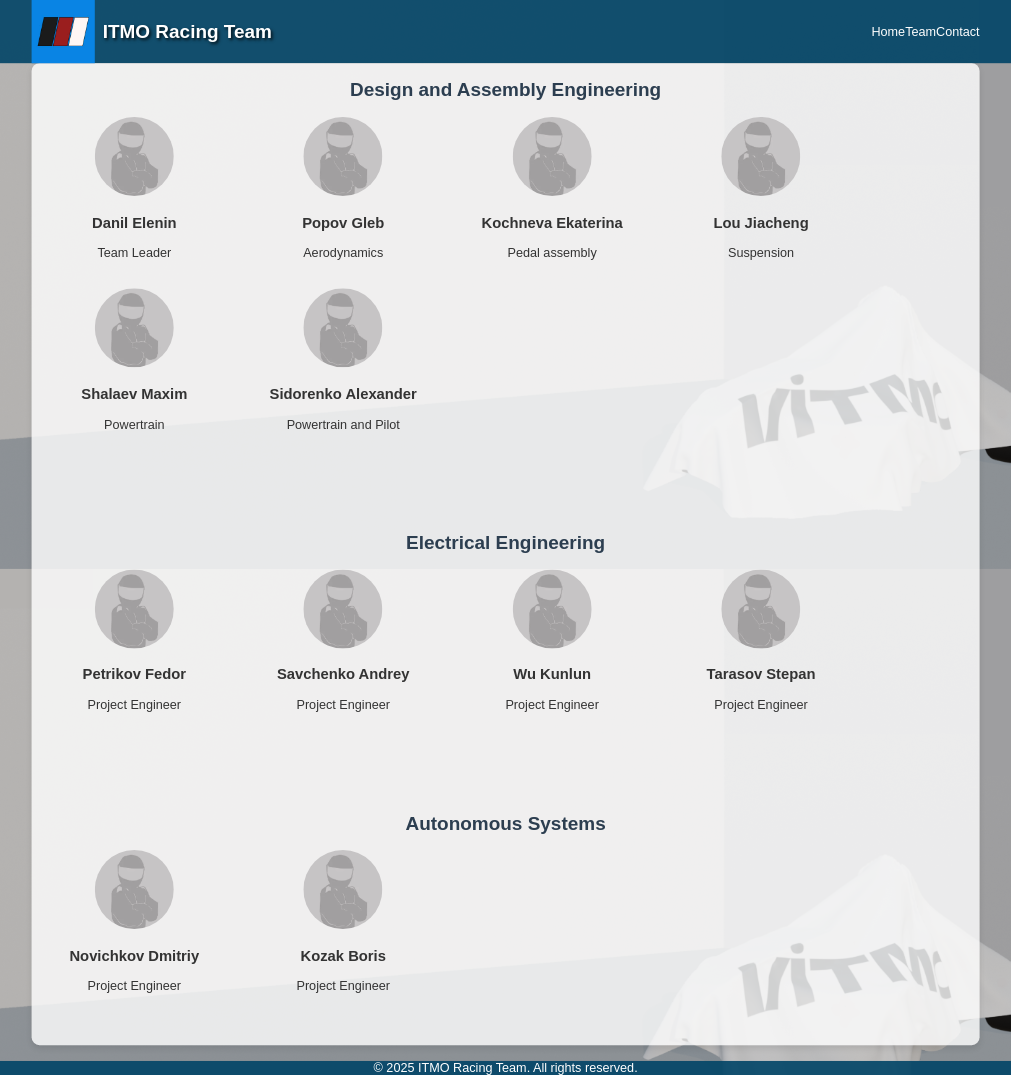
Repository: fs-itmo/fs-itmo.github.io
Page: team.html
An editor plug-in stored every save of this project. The page is shown before and after the next save, followed by the edit.
The browser window is 1280 px wide. The pictures show the whole page, at 79% of full size.
Backgrounds fixed to the window are drawn as part of the page.

Above is the page before, as saved 2024-12-30 16:26:49.

After the next save:
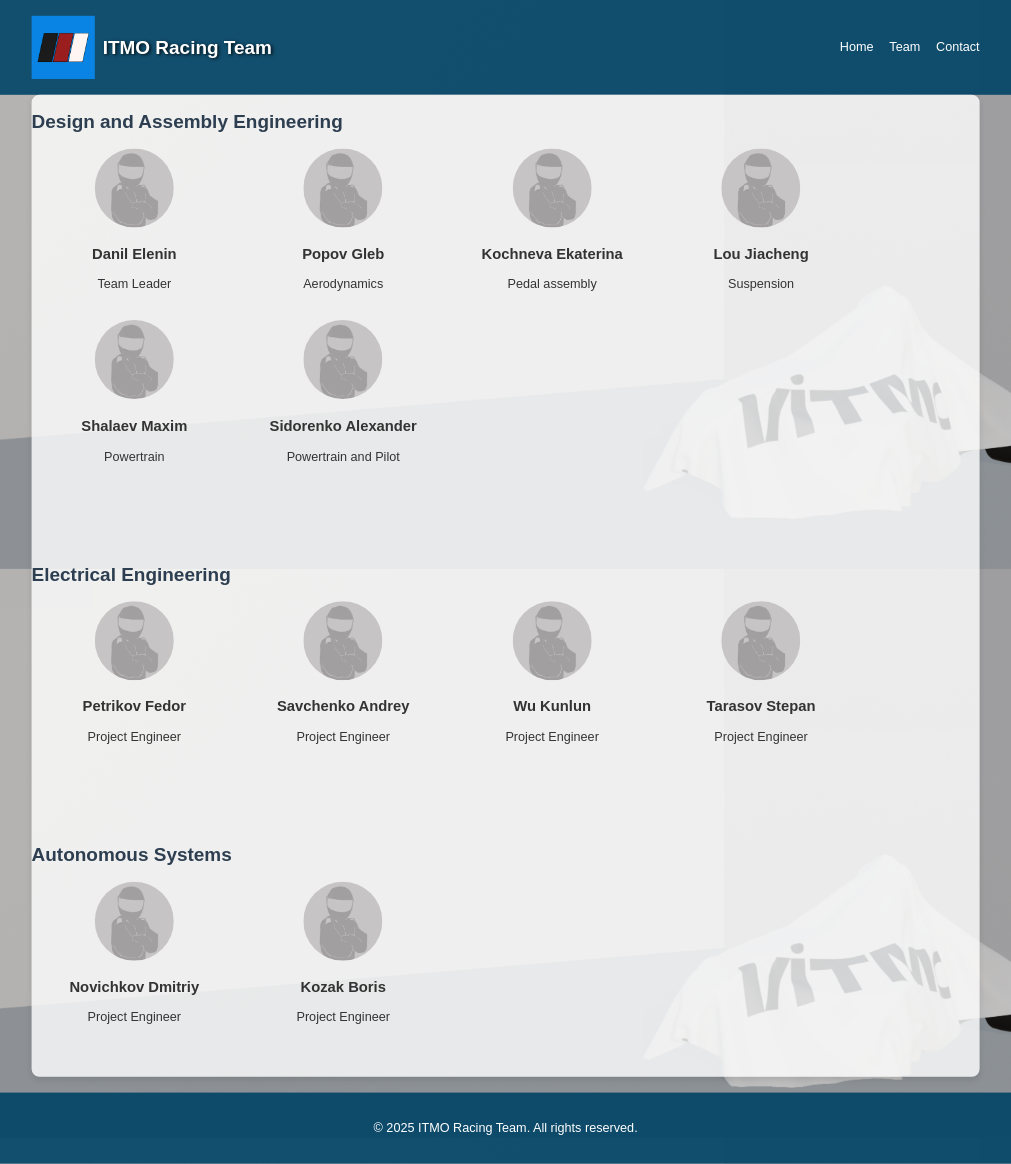
Saved 86 min 44 s later.
--- a/css/style.css
+++ b/css/style.css
@@ -3,7 +3,6 @@
     margin: 0;
     padding: 0;
 }
-
 body {
     font-family: Arial, sans-serif;
     margin: 0;
@@ -12,12 +11,10 @@
     background: url('assets/images/title.png') no-repeat center center fixed;
     background-size: cover;
 }
-
 header {
     background-color: rgba(0, 68, 102, 0.9);
-    padding: 0px 0;
+    padding: 20px 0;
 }
-
 header .container {
     display: flex;
     justify-content: space-between;
@@ -26,32 +23,23 @@
     margin: 0 auto;
     padding: 0 20px;
 }
-
-h1, h2 {
-    text-align: center;
-}
-
 /* header .logo {
     max-height: 50px;
 } */
-
 header nav ul {
     list-style: none;
     display: flex;
     margin: 0;
     padding: 0;
 }
-
 header nav ul li {
-    margin-left: 0px;
+    margin-left: 20px;
 }
-
 header nav ul li a {
     text-decoration: none;
     color: white;
     font-size: 16px;
 }
-
 section {
     padding: 0px 0px;
     max-width: 1200px;
@@ -60,14 +48,12 @@
     border-radius: 10px;
     box-shadow: 0 4px 8px rgba(0, 0, 0, 0.1);
 }
-
 /* section#home {
     background: rgba(244, 244, 244, 0.9);
     text-align: center;
     padding: 60px 20px;
     border-radius: 10px;
 } */
-
 section#home {
     background: url("../assets/images/title.png") no-repeat center center;
     background-size: contain;
@@ -83,13 +69,11 @@
 header .logo {
     max-height: 80px;
 }
-
 .logo-caption-container {
     display: flex;
     align-items: center;
     gap: 10px;
 }
-
 header .top-caption {
     font-size: 24px;
     font-weight: bold;
@@ -101,10 +85,9 @@
     background-color: rgba(0, 68, 102, 0.9);
     color: white;
     text-align: center;
-    padding: 0px 0;
+    padding: 20px 0;
     margin-top: 20px;
 }
-
 .team-section {
     display: flex;
     flex-direction: column;
@@ -117,8 +100,6 @@
     color: #2c3e50;
     margin-bottom: 10px;
 }
-
-
 /* Team members layout */
 .team-member {
     display: inline-block;
@@ -126,26 +107,9 @@
     text-align: center;
     margin: 10px;
 }
-
 .team-member img {
     width: 100px;
     height: 100px;
     border-radius: 50%;
     object-fit: cover;
 }
-
-
-/* автопилот
-Новичков Дмитрий
-Козак Борис
-конструкторы
-Попов Глеб
-Кочнева Екатерина
-Лоу Цзячэн
-Шалаев Максим
-Сидоренко Александр (пилот)
-электротехника
-Петриков Фёдор
-Савченко Андрей
-Ву Куньлунь
-Тарасов Степан */
